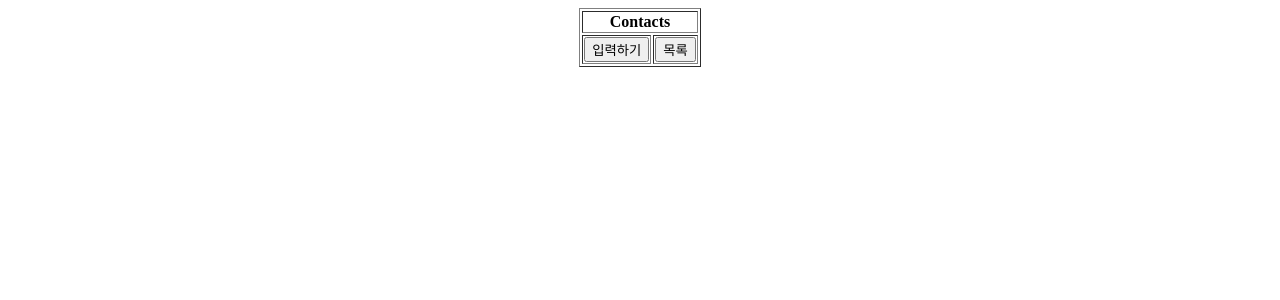
Repository: eunyoming/KDT
Page: http://localhost/Day03_contacts/
An editor plug-in stored every save of this project. The page is shown before and after the next save, followed by the edit.
The browser window is 1280 px wide. The pictures show the whole page.
The page is served by Tomcat 9. Other server files are loaded and not shown.

Above is the page before, as saved 2025-09-11 00:48:11.

### Day03_contacts/src/main/webapp/WEB-INF/views/home.jsp
<%@ page language="java" contentType="text/html; charset=UTF-8"
    pageEncoding="UTF-8"%>
<%@ taglib prefix="c" uri="http://java.sun.com/jsp/jstl/core"%>
<!DOCTYPE html>
<html>
<head>
<meta charset="UTF-8">
<title>Insert title here</title>

<!-- JQuery -->
<script src="https://code.jquery.com/jquery-3.7.1.min.js"
            integrity="sha256-/JqT3SQfawRcv/BIHPThkBvs0OEvtFFmqPF/lYI/Cxo=" crossorigin="anonymous"></script>

</head>
<body>
	<table border="1" align="center">
		<tr>
			<th colspan="2">
				Contacts
			</th>
		</tr>
		<tr>
			<td>
				<button type="button">입력하기</button>
			</td>
			<td>
				<button type="button">목록</button>
			</td>
		</tr>
	</table>
</body>
</html>

After the next save:
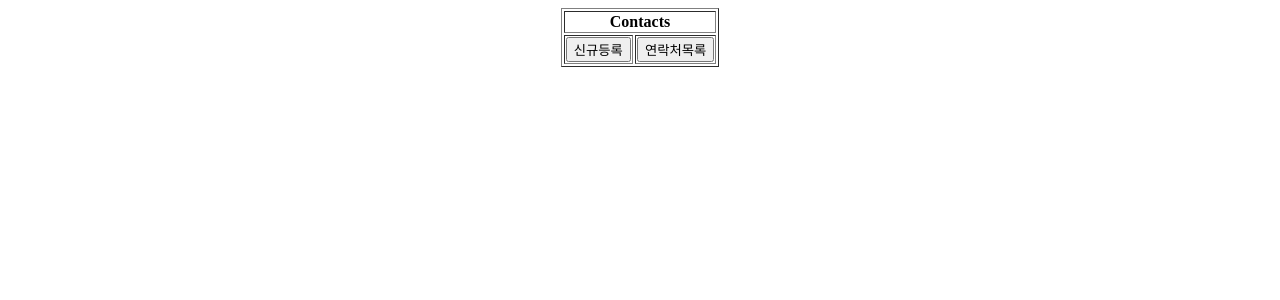
Saved 65 s later.
--- a/Day03_contacts/src/main/webapp/WEB-INF/views/home.jsp
+++ b/Day03_contacts/src/main/webapp/WEB-INF/views/home.jsp
@@ -21,10 +21,10 @@
 		</tr>
 		<tr>
 			<td>
-				<button type="button">입력하기</button>
+				<button type="button">신규등록</button>
 			</td>
 			<td>
-				<button type="button">목록</button>
+				<button type="button">연락처목록</button>
 			</td>
 		</tr>
 	</table>
